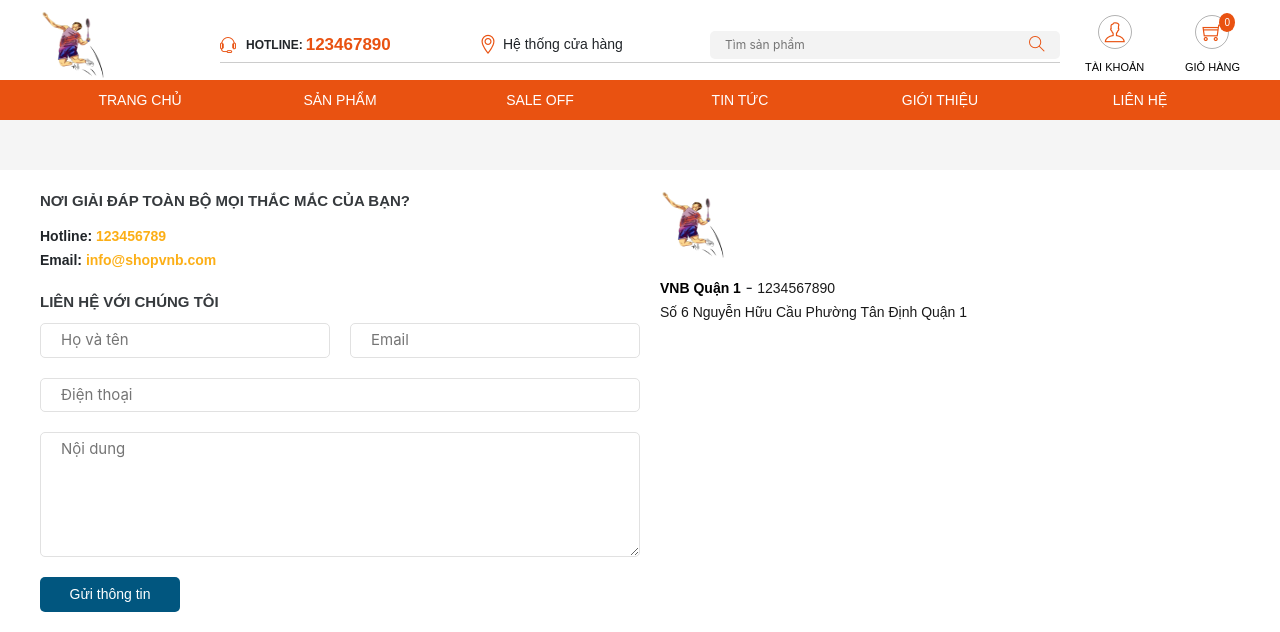
Repository: Namtran3107/CauLongSo1
Page: contact.html
The author's editor kept a copy of each file at every save. The page is drawn from the files as they stood at one save, then again after the next save.
The browser window is 1280 px wide. The pictures show the part of the page from y = 0 to 632 px (the page is 1386 px tall).
Pictures or frames that could not be fetched are drawn as grey boxes.

Above is the page before, as saved 2022-12-11 13:51:22.

After the next save:
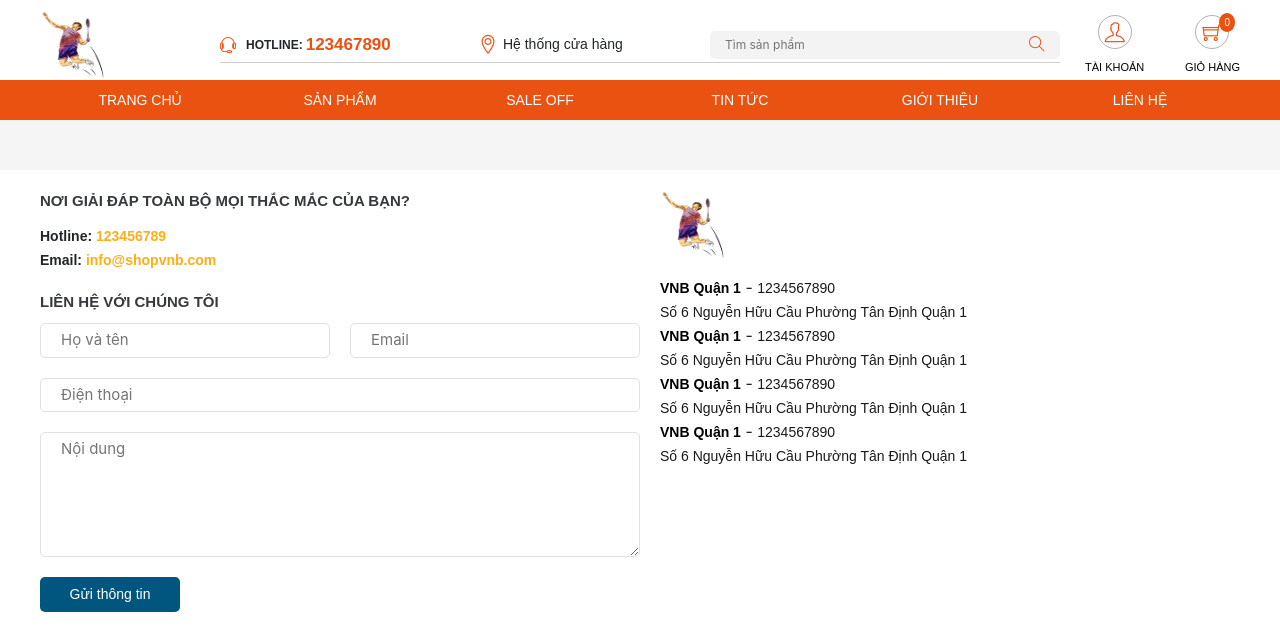
Saved 23 s later.
--- a/contact.html
+++ b/contact.html
@@ -153,6 +153,27 @@
                                     </div>
                                     <a href="" class="contact-location-where">Số 6 Nguyễn Hữu Cầu Phường Tân Định Quận 1</a>
                                 </li>
+                                <li class="contact-location-item">
+                                    <div class="contact-location-name-number">
+                                        <a href="" class="contact-location-name">VNB Quận 1</a> -
+                                        <a href="tel:123-456-7890" class="contact-location-number">1234567890</a>
+                                    </div>
+                                    <a href="" class="contact-location-where">Số 6 Nguyễn Hữu Cầu Phường Tân Định Quận 1</a>
+                                </li>
+                                <li class="contact-location-item">
+                                    <div class="contact-location-name-number">
+                                        <a href="" class="contact-location-name">VNB Quận 1</a> -
+                                        <a href="tel:123-456-7890" class="contact-location-number">1234567890</a>
+                                    </div>
+                                    <a href="" class="contact-location-where">Số 6 Nguyễn Hữu Cầu Phường Tân Định Quận 1</a>
+                                </li>
+                                <li class="contact-location-item">
+                                    <div class="contact-location-name-number">
+                                        <a href="" class="contact-location-name">VNB Quận 1</a> -
+                                        <a href="tel:123-456-7890" class="contact-location-number">1234567890</a>
+                                    </div>
+                                    <a href="" class="contact-location-where">Số 6 Nguyễn Hữu Cầu Phường Tân Định Quận 1</a>
+                                </li>
                             </ul>
                         </div>
                     </div>
